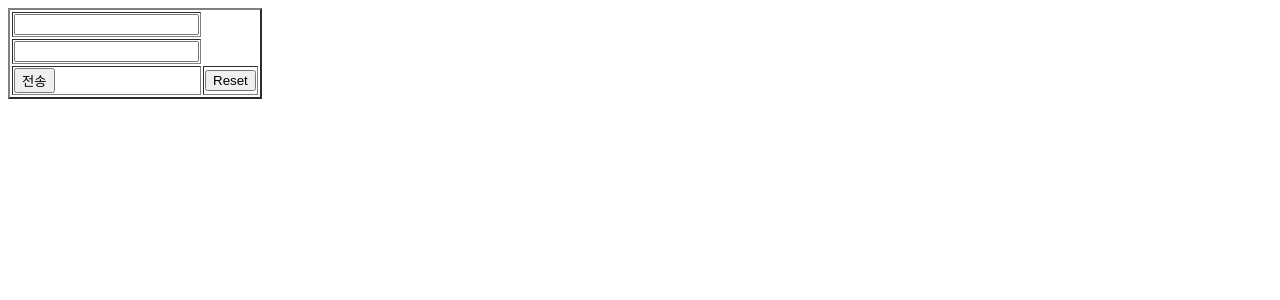
Repository: qodydrjs/JSPproject
Page: http://localhost/HomePageJSP/LoginPage.jsp
The author's editor kept a copy of each file at every save. The page is drawn from the files as they stood at one save, then again after the next save.
The browser window is 1280 px wide. The pictures show the whole page.
The page is served by Tomcat 9. Other server files are loaded and not shown.

Above is the page before, as saved 2017-12-31 13:35:04.

### HomePageJSP/WebContent/LoginPage.jsp
<%@ page language="java" contentType="text/html; charset=EUC-KR"
    pageEncoding="EUC-KR"%>
<!DOCTYPE html PUBLIC "-//W3C//DTD HTML 4.01 Transitional//EN" "http://www.w3.org/TR/html4/loose.dtd">
<html>
<head>
<meta http-equiv="Content-Type" content="text/html; charset=EUC-KR">
<title>로그인 페이지</title>
</head>
<body>
<form action="Logincheck.jsp" method="post">

<table border="2">
 <tr>
 	<td>
	 <input type="text" name='id'>
 	</td>
 </tr>
 <tr>
 	<td>
 	<input type="password" name="pass">
 	</td>
 </tr>
 <tr>
 	<td>
 	 <input type="submit" value="전송">
 	</td>
 	<td>
     <input type="reset" value="Reset">
 	</td>
 </tr>

</table>



</form>

</body>
</html>

After the next save:
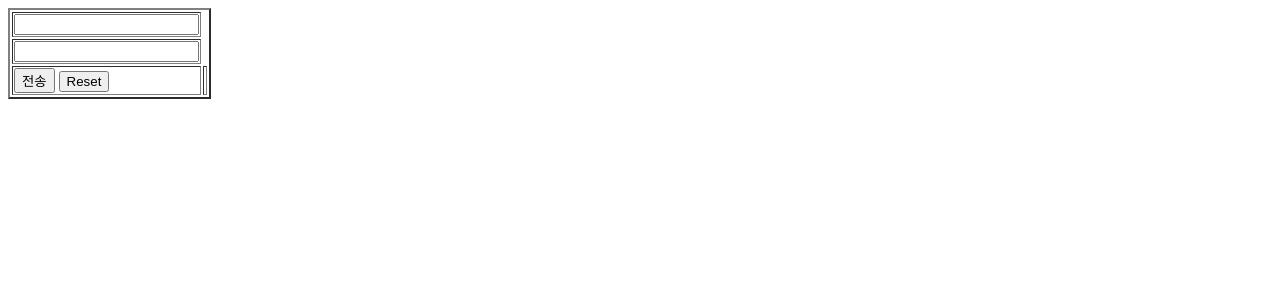
Saved 21 s later.
--- a/HomePageJSP/WebContent/LoginPage.jsp
+++ b/HomePageJSP/WebContent/LoginPage.jsp
@@ -23,9 +23,10 @@
  <tr>
  	<td>
  	 <input type="submit" value="전송">
+ 	 <input type="reset" value="Reset">
  	</td>
  	<td>
-     <input type="reset" value="Reset">
+
  	</td>
  </tr>
 
